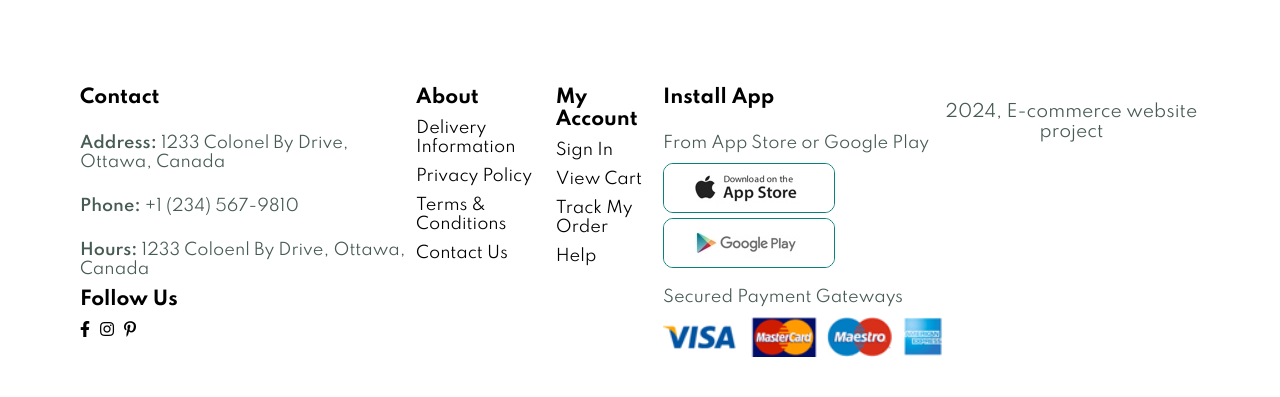
Repository: Daryllgio/E-Commerce-Website-UI
Page: contact.html
These files come from the project's save history. The page is drawn as it stood at one moment and after the next save; the edit follows.
The browser window is 1280 px wide. The pictures show the part of the page from y = 865 to 1416 px (the page is 1262 px tall before and 1416 px after).
Some web libraries are served in a nearby version.

Above is the page before, as saved 2025-01-01 23:06:11.

After the next save:
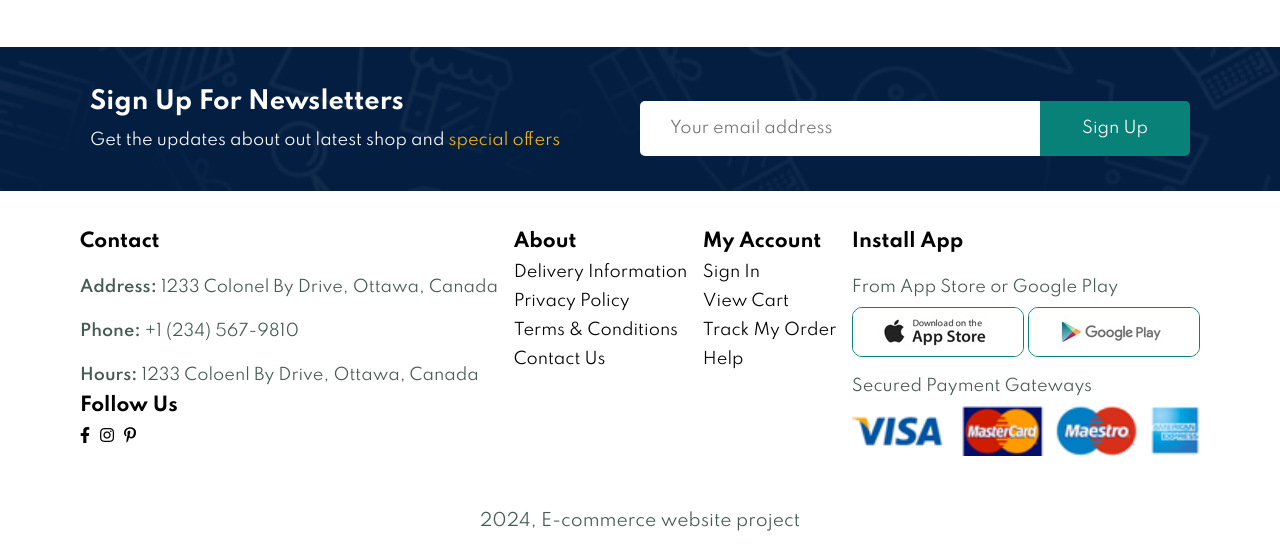
Saved 36 s later.
--- a/contact.html
+++ b/contact.html
@@ -83,6 +83,21 @@
         </div>
     </section>
 
+    <section id="sm-NewsLetter" class="section-p1">
+        <div class="Newsletters-Container">
+            <div class="Newsletters-Text">
+                <h3>Sign Up For Newsletters</h3>
+                <p> Get the updates about out latest shop and <span>special offers</span></p>
+            </div>
+            <div class="Newsletters-Input">
+                <input placeholder="Your email address" />
+                <button>
+                    Sign Up
+                </button>
+            </div>
+        </div>
+    </section>
+
     <section id="Footer" class="section-p1">
         <div class="Footer-box">
             <h3>Contact</h3>
@@ -127,15 +142,15 @@
 
         </div>
 
-        </footer>
-        <div id="copyright">
-            <p>
-                2024, E-commerce website project
-            </p>
-        </div>
+    </section>
+    <div id="copyright">
+        <p>
+            2024, E-commerce website project
+        </p>
+    </div>
 
 
-        <script src="script.js"></script>
+    <script src="script.js"></script>
 
 </body>
 
